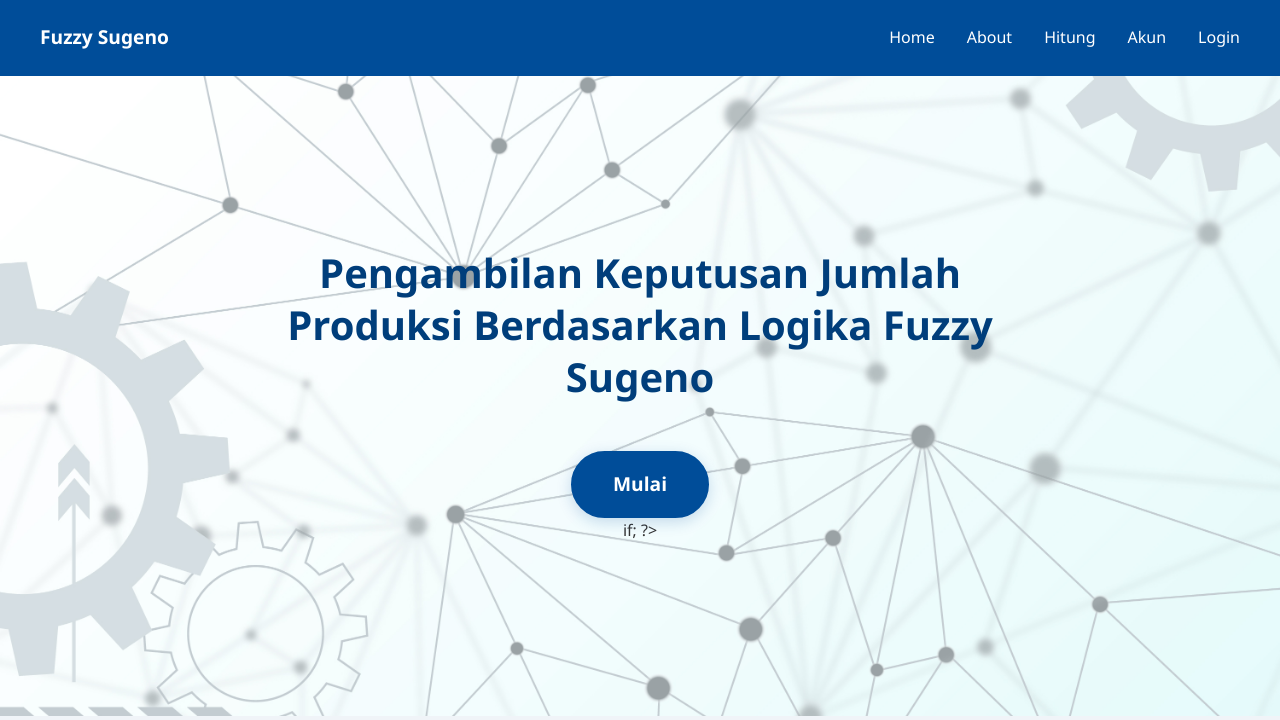
Repository: Senicccc/Defuzzy-Sugeno
Page: http://localhost/
An editor plug-in stored every save of this project. The page is shown before and after a run of saves, followed by the edit.
The browser window is 1280 px wide. The pictures show the whole page.
The page is run by PHP 8.4 with error messages shown; the project is at /var/www/html/.

Above is the page before, as saved 2025-06-10 13:20:20.

### index.php
<?php
session_start();
$isLoggedIn = isset($_SESSION['user_id']); // atau sesuaikan dengan session login kamu
?>
<!DOCTYPE html>
<html lang="id">

<head>
    <meta charset="UTF-8" />
    <meta name="viewport" content="width=device-width, initial-scale=1.0" />
    <title>Fuzzy Sugeno - Home</title>
    <link rel="icon" href="img/favicon.png" type="image/png">
    <link rel="stylesheet" href="css/index.css">
</head>

<body>

    <?php
    require_once 'php/header-index.php';
    ?>

    <section class="hero" style="background: url('img/menu-bg.jpg') center center/cover no-repeat;">
        <h1>Pengambilan Keputusan Jumlah Produksi Berdasarkan Logika Fuzzy Sugeno</h1>
        <a href="php/form.php" class="start-button">Mulai</a>if; ?>
        </div>
    </section>

</body>

</html>

### php/header-index.php
<!DOCTYPE html>
<html lang="id">

<head>
    <meta charset="UTF-8" />
    <meta name="viewport" content="width=device-width, initial-scale=1.0" />
    <title>Fuzzy Sugeno - Produksi</title>
    <link rel="stylesheet" href="https://cdnjs.cloudflare.com/ajax/libs/font-awesome/6.0.0/css/all.min.css">

    <style>
    * {
        margin: 0;
        padding: 0;
        box-sizing: border-box;
        font-family: 'Segoe UI', Tahoma, Geneva, Verdana, sans-serif;
    }

    body {
        background: #f0f4f8;
        color: #333;
    }

    nav {
        background-color: #004d99;
        position: sticky;
        top: 0;
        z-index: 1000;
        padding: 1.4rem 2.4rem;
    }

    .nav-container {
        display: flex;
        justify-content: space-between;
        align-items: center;
        max-width: 1200px;
        margin: 0 auto;
        flex-wrap: wrap;
    }

    .logo {
        color: white;
        font-weight: 800;
        font-size: larger;
    }

    .nav-links {
        display: flex;
        gap: 2rem;
    }

    .nav-links a {
        text-decoration: none;
        color: white;
        font-weight: 500;
        font-size: 1rem;
        transition: color 0.3s;
    }

    .nav-links a:hover {
        color: #ffcc00;
    }

    .burger {
        display: none;
        font-size: 1.5rem;
        color: white;
        cursor: pointer;
        padding: 0.5rem;
    }

    @media (max-width: 768px) {
        .nav-links {
            display: none;
            flex-direction: column;
            background-color: #004d99;
            width: 100%;
            text-align: center;
            margin-top: 1rem;
            padding-bottom: 1rem;
            gap: 1rem;
            order: 1;
        }

        .nav-links.active {
            display: flex;
        }

        .burger {
            display: block;
            margin-left: auto;
            /* Memposisikan burger di kanan */
        }

        nav {
            padding: 0.75rem 1.5rem;
        }
    }
    </style>
</head>

<body>

    <nav>
        <div class="nav-container">
            <div class="logo">Fuzzy Sugeno</div>
            <div class="burger" id="burger"><i class="fas fa-bars"></i></div>
            <div class="nav-links" id="navLinks">
                <a href="index.php">Home</a>
                <a href="php/about.php">About</a>
                <a href="php/form.php">Hitung</a>
                <a href="php/account.php">Akun</a>
                <?php if (isset($_SESSION['user_id'])): ?>
                <a href="php/logout.php">Logout</a>
                <?php else: ?>
                <a href="php/login.php">Login</a>
                <?php endif; ?>
            </div>
        </div>
    </nav>

    <script>
    const burger = document.getElementById('burger');
    const navLinks = document.getElementById('navLinks');

    burger.addEventListener('click', () => {
        navLinks.classList.toggle('active');
    });
    </script>

</body>

</html>

### css/index.css
* {
    margin: 0;
    padding: 0;
    box-sizing: border-box;
    font-family: 'Segoe UI', Tahoma, Geneva, Verdana, sans-serif;
}

body {
    background: linear-gradient(135deg, #f0f4f8 0%, #dfe7ee 100%);
    color: #333;
    min-height: 100vh;
    line-height: 1.6;
}

/* Hero Section */
.hero {
    display: flex;
    flex-direction: column;
    justify-content: center;
    align-items: center;
    text-align: center;
    min-height: calc(100vh - 80px);
    padding: 2rem;
    background-image:
        radial-gradient(circle at 10% 20%, rgba(0, 77, 153, 0.05) 0%, transparent 20%),
        radial-gradient(circle at 90% 80%, rgba(0, 77, 153, 0.05) 0%, transparent 20%);
}

.hero h1 {
    font-size: 2.5rem;
    font-weight: 1000;
    color: #003e7b;
    margin-bottom: 2rem;
    max-width: 800px;
    line-height: 1.3;
    text-shadow: 1px 1px 2px rgba(0,0,0,0.);
}

.start-button {
    display: inline-block;
    background-color: #004d99;
    color: white;
    padding: 1rem 2.5rem;
    border-radius: 50px;
    text-decoration: none;
    font-weight: 600;
    font-size: 1.2rem;
    transition: all 0.3s ease;
    box-shadow: 0 4px 15px rgba(0, 77, 153, 0.2);
    border: 2px solid #004d99;
    margin-top: 1rem;
}

.start-button:hover {
    background-color: #ffcc00;
    color: #004d99;
    transform: translateY(-3px);
    box-shadow: 0 6px 20px rgba(0, 77, 153, 0.3);
}

.start-button:active {
    transform: translateY(1px);
}

/* Responsive Design */
@media (max-width: 768px) {
    .hero {
        padding: 1.5rem;
        min-height: calc(100vh - 60px);
    }

    .hero h1 {
        font-size: 1.8rem;
        margin-bottom: 1.5rem;
    }

    .start-button {
        padding: 0.8rem 2rem;
        font-size: 1rem;
    }
}

@media (max-width: 480px) {
    .hero h1 {
        font-size: 1.5rem;
    }

    .start-button {
        padding: 0.7rem 1.8rem;
    }
}

/* Animasi */
@keyframes fadeIn {
    from { opacity: 0; transform: translateY(20px); }
    to { opacity: 1; transform: translateY(0); }
}

.hero {
    animation: fadeIn 0.8s ease-out forwards;
}

.start-button {
    animation: fadeIn 1s ease-out 0.3s both;
}


/* Responsive */
@media (max-width: 768px) {
    .about-content {
        padding: 1.5rem 1rem;
    }
    .about-content h1 {
        font-size: 1.3rem;
    }
}

After the next 2 saves:
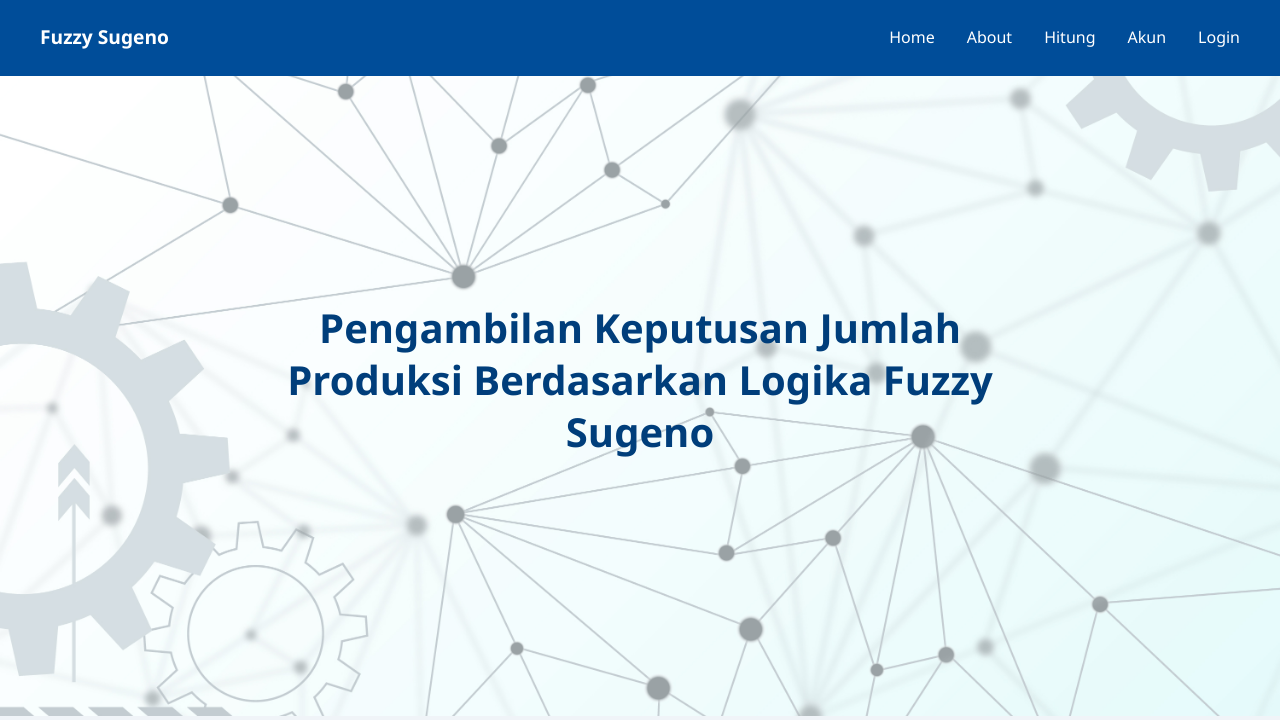
The 2 saves are shown as one change because they came seconds apart.
The last was saved 8 s later.
--- a/index.php
+++ b/index.php
@@ -21,8 +21,6 @@ $isLoggedIn = isset($_SESSION['user_id']); // atau sesuaikan dengan session logi
 
     <section class="hero" style="background: url('img/menu-bg.jpg') center center/cover no-repeat;">
         <h1>Pengambilan Keputusan Jumlah Produksi Berdasarkan Logika Fuzzy Sugeno</h1>
-        <a href="php/form.php" class="start-button">Mulai</a>if; ?>
-        </div>
     </section>
 
 </body>
